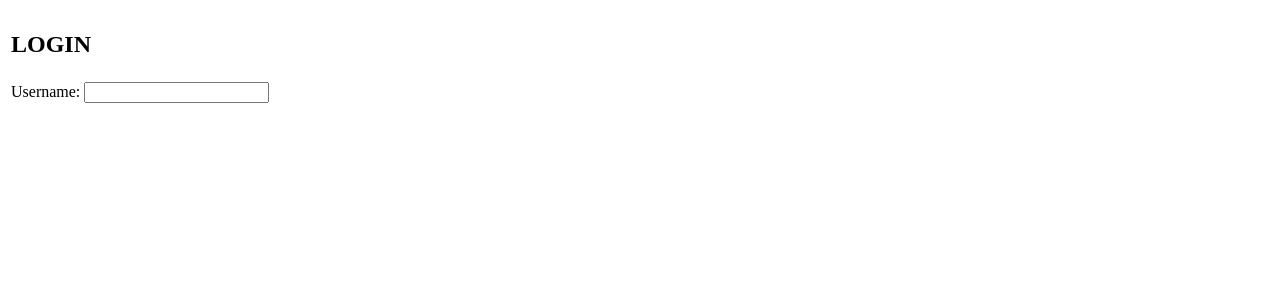
Repository: FatCat0712/JSP
Page: http://localhost/bai_21/login.jsp
These files come from the project's save history. The page is drawn as it stood at one moment and after the next save; the edit follows.
The browser window is 1280 px wide. The pictures show the whole page.
The page is served by Tomcat 9.

Above is the page before, as saved 2024-04-23 00:55:46.

### bai_21/src/main/webapp/login.jsp
<%@ page language="java" contentType="text/html; charset=UTF-8"
    pageEncoding="UTF-8"%>
<!DOCTYPE html>
<html>
<head>
<meta charset="UTF-8">
<title>Insert title here</title>
</head>
<body>
	<table>
		<tr>
			<td colspan="2">
				<h2>LOGIN</h2>
			</td>
		</tr>
		<tr>
			<td>Username: </td>
			<td>
				<input>
			</td>
		</tr>
	</table>
</body>
</html>

After the next save:
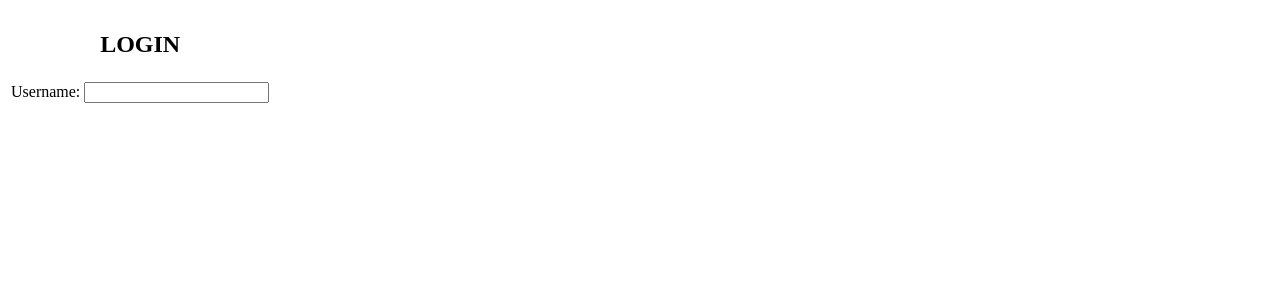
Saved 14 s later.
--- a/bai_21/src/main/webapp/login.jsp
+++ b/bai_21/src/main/webapp/login.jsp
@@ -9,7 +9,7 @@
 <body>
 	<table>
 		<tr>
-			<td colspan="2">
+			<td colspan="2" style="text-align: center;">
 				<h2>LOGIN</h2>
 			</td>
 		</tr>
